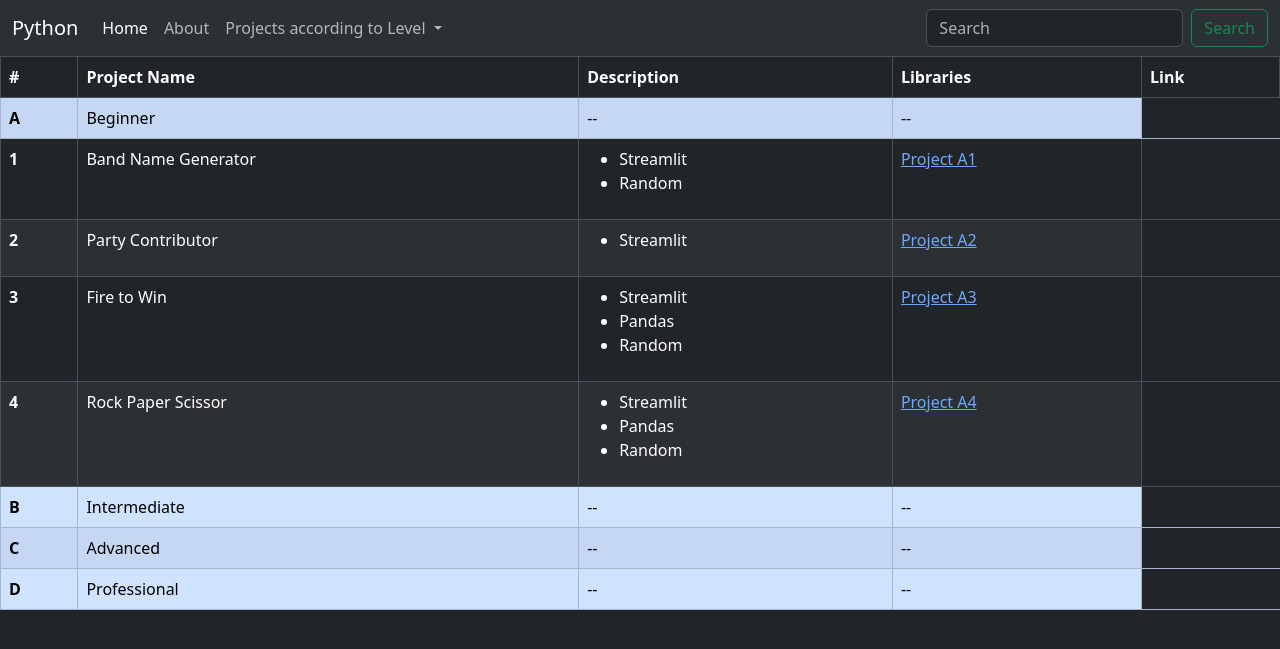
Repository: VictoriousMango/100-Python-Project
Page: index.html
An editor plug-in stored every save of this project. The page is shown before and after the next save, followed by the edit.
The browser window is 1280 px wide. The pictures show the whole page.

Above is the page before, as saved 2024-07-16 12:45:53.

After the next save:
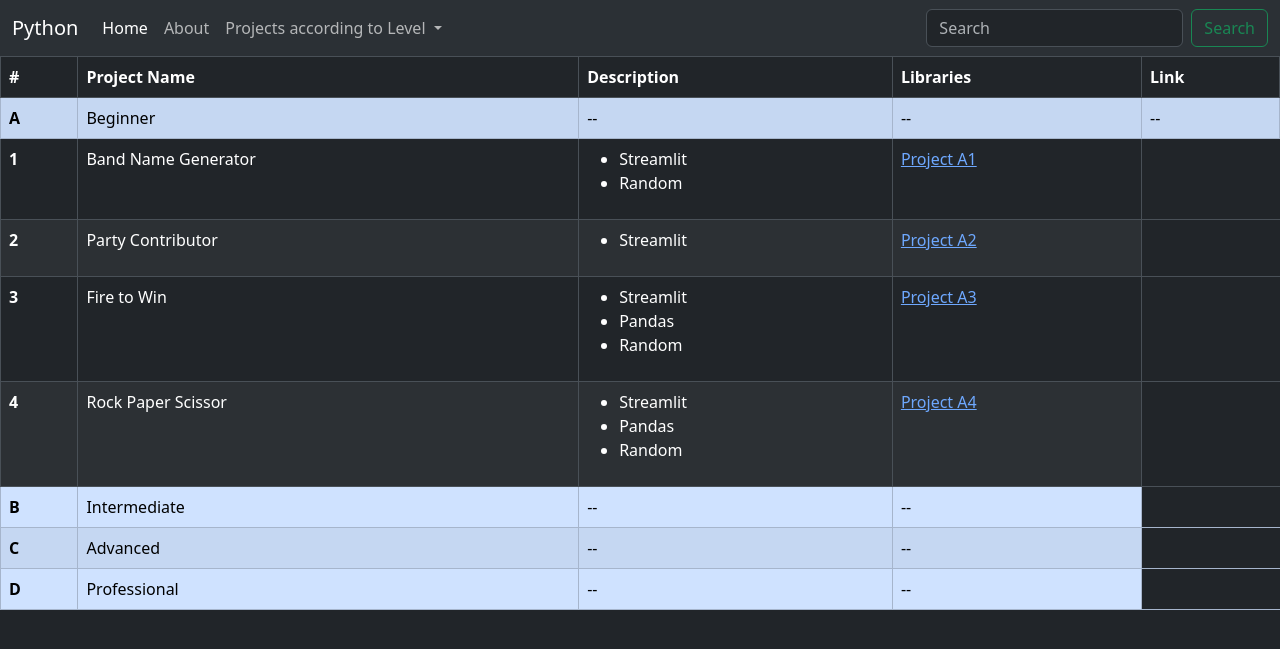
Saved 55 s later.
--- a/index.html
+++ b/index.html
@@ -63,6 +63,7 @@
           <tr class="table-primary">
             <th scope="row">A</th>
             <td>Beginner</td>
+            <td> -- </td>
             <td> -- </td>
             <td> -- </td>
           </tr>
